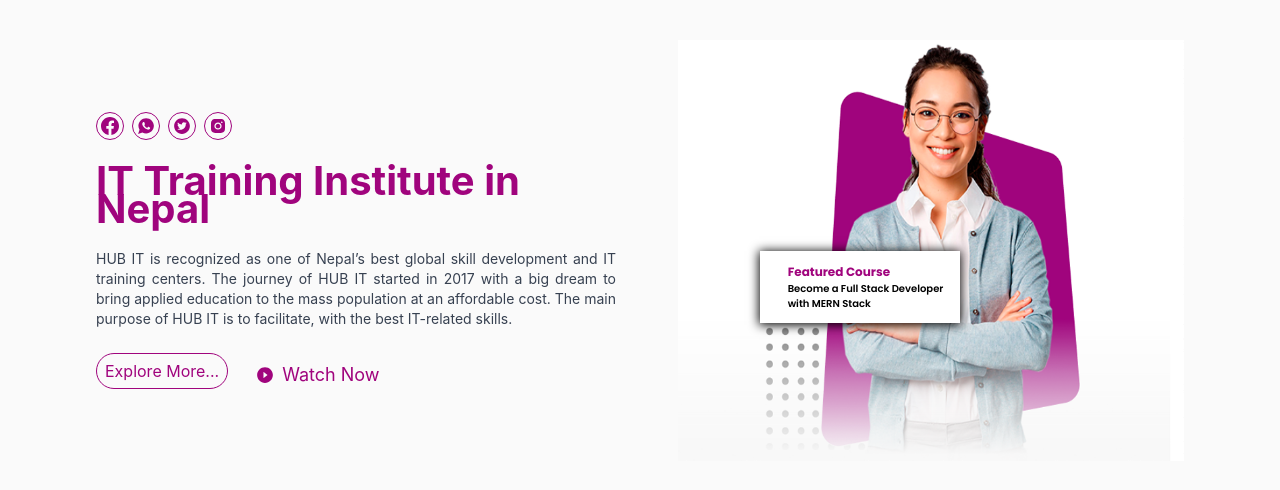
Repository: praveenmunagapati/hgllearnv2
Page: /HomePage/Home
An editor plug-in stored every save of this project. The page is shown before and after the next save, followed by the edit.
The browser window is 1280 px wide. The pictures show the whole page.
The project was rebuilt for these pictures with package versions that can differ from the ones it lists, and the page was loaded fresh each time. The framework's server and built-in components were replaced by stand-ins that run in the browser. Also part of the build but not shown: next.config.js.

Above is the page before, as saved 2023-01-03 13:54:02.

### pages/_app.js
import Analytics from "../components/SEO/Seo";
import "../styles/globals.css";
import "../styles/SCSS/master.scss";

function MyApp({ Component, pageProps }) {
  return <div>
    <Analytics />
    <Component {...pageProps} />
  </div>
}

export default MyApp;

### pages/HomePage/Home.jsx
import React from "react";
import { AiFillPlayCircle } from "react-icons/ai";
import Icons from "../../components/Navigation/Navitem/iconitem";
import teacher from "../../public/teacher.png";
import Image from "next/image";
import Link from "next/link";

function Home() {
  return (
    <>
      <div
        className="flex flex-col lg:flex-row xl:flex-row xxl:flex-row
          w-full justify-center items-center pb-20 pt-10
        md:px-8 lg:px-20 xl:px-24 xxl:px-32 px-4 bg-[#fafafa]"
      >
        <div className="h-max md:w-3/6 lg:w-3/6 xl:w-3/6 xxl:w-3/ 6 w-full ">
          <div className="flex mb-3">
            {Icons.map((icon, index) => {
              return (
                <div
                  key={index}
                  className="p-1 rounded-full bg-transparent flex justify-center items-center border border-[#A0047D] hover:border-none mr-2"
                >
                  <span className="text-[#A0047D] cursor-pointer hover:scale-90 duration-300 delay-200 transition-all text-base xl:text-lg xxl:text-xl">
                    <Link href={icon.path} passHref>
                      <a target={"_blank"}>{icon.icon}</a>
                    </Link>
                  </span>
                </div>
              );
            })}
          </div>
          <div className="font-bold xl:text-xl xxl:text-2xl text-[#A0047D] mb-1">
            <h1>IT Training Institute in Nepal</h1>
          </div>
          <div className="text-xs xl:text-sm xxl:text-base text-gray-700 pr-6 text-justify">
            <p>
              HUB IT is recognized as one of Nepal’s best global skill
              development and IT training centers. The journey of HUB IT started
              in 2017 with a big dream to bring applied education to the mass
              population at an affordable cost. The main purpose of HUB IT is to
              facilitate, with the best IT-related skills.
            </p>
          </div>
          <div className="flex mt-6">
            <button
              className={
                "border-[1.5px] border-[#A0047D] rounded-full mr-6 px-2 py-[5px] text-sm xl:text-base xxl:text-lg text-main hover:scale-105 transition-all ease-in-out duration-300 delay-100 hover:bg-main hover:text-white"
              }
            >
              Explore More...
            </button>
            <div className="text-4xl md:text-base xl:text-lg xxl:text-xl">
              <div className="flex mt-2 h-max items-center cursor-pointer rounded-full w-[14vw] px-1 text-[#a0047d] border-main">
                <AiFillPlayCircle className="text-[#a0047d]" />
                <p className="ml-2">Watch Now</p>
              </div>
            </div>
          </div>
        </div>
        <div className="h-full w-full mt-8  md:mt-4 lg:mt-0 xl:mt-0 mx-auto lg:w-3/6 xl:w-3/6 xxl:w-3/6">
          <div className="relative">
            <div className="ml-[3vw]">
              <Image
                src={teacher}
                alt={"Loading"}
                layout="responsive"
                width={120}
                height={100}
              />
            </div>
            <div className="bg-white shadow-[0px_1px_10px_1px_black] h-max py-3 absolute top-[50%] left-[22%]  w-[200px] ">
              <div className="h-full w-full  relative">
                <div className=" h-full w-full flex flex-col justify-center px-4 ml-3">
                  <div className="text-[12px] font-bold text-[#a0047d] Poppins">
                    Featured Course
                  </div>
                  <div className="text-[10px] font-semibold text-black Poppins">
                    Become a Full Stack Developer with MERN Stack
                  </div>
                </div>
              </div>
            </div>
          </div>
        </div>
      </div>
    </>
  );
}

export default Home;

### components/SEO/Seo.js
import Script from 'next/script'

function Analytics() {
  return (
    <div className="container">
      {/* <!-- Global site tag (gtag.js) - Google Analytics --> */}
      <Script
        src="https://www.googletagmanager.com/gtag/js?id=G-HL5GL0WCSP"
        strategy="afterInteractive"
      />
      <Script id="google-analytics" strategy="afterInteractive">
        {`
      window.dataLayer = window.dataLayer || [];
      function gtag(){dataLayer.push(arguments);}
      gtag('js', new Date());

      gtag('config', 'G-HL5GL0WCSP');
        `}
      </Script>

    </div>
  )
}

export default Analytics

### styles/globals.css
html,
body {
  padding: 0;
  margin: 0;
  font-family: -apple-system, BlinkMacSystemFont, Segoe UI, Roboto, Oxygen,
    Ubuntu, Cantarell, Fira Sans, Droid Sans, Helvetica Neue, sans-serif;
    scroll-behavior: smooth;
    box-sizing: border-box;
}

a {
  color: inherit;
  text-decoration: none;
}

* {
  box-sizing: border-box;
}

.info::-webkit-scrollbar{
  display: none;

}
.info{
  width: 20vw;

}
@tailwind base;
@tailwind components;
@tailwind utilities;

### styles/SCSS/master.scss
@import "./utils.scss";

### components/Navigation/Navitem/iconitem.js
import { BsFacebook } from 'react-icons/bs';
import { IoLogoWhatsapp } from 'react-icons/io';
import { AiFillTwitterCircle } from 'react-icons/ai';
import { AiFillInstagram } from 'react-icons/ai';

const Icons = [
    { icon: <BsFacebook />, path:"https://www.facebook.com/hubitts" },
    { icon: < IoLogoWhatsapp />, path:"https://wa.me/message/R23HVVD5DWPVI1" },
    { icon: <AiFillTwitterCircle />, path:"https://twitter.com/hubittraining" },
    { icon: <AiFillInstagram />,path:"https://www.instagram.com/hubittraining" }
];

export default Icons;

### styles/SCSS/utils.scss
$primaryColor: #09313e;

$primaryLight: rgba(2, 167, 217, 0.1);
$Gray: #686868;
$GrayD: #6a6363;
$SecondaryColor: #ef3c23;
$Dark: #0d0106;

$GrayOne: #f9f9f9;
$GrayTwo: #f2f2f2;
$grayFour: #e3e3e3;
$buttonone: #159996;
$TabGray: #e5e7eb;

$GrayOne: #f9f9f9;
$GrayTwo: #f2f2f2;
$grayFour: #e3e3e3;
$buttonone: #159996;

//  font family
@import url("https://fonts.googleapis.com/css2?family=Poppins:ital,wght@0,100;0,200;0,300;0,500;0,600;0,700;0,800;0,900;1,100;1,200;1,300;1,400;1,500;1,600;1,700;1,800;1,900&display=swap");
.Poppins {
  font-family: "Poppins", sans-serif;
}
// fonts closed

.bg-primary {
  background-color: $primaryColor;
}
.bg-primary-light {
  background-color: $primaryLight;
}

.bg-gray {
  background-color: $Gray;
}
.bg-grayOne {
  background-color: $GrayOne;
}
.bg-grayTwo {
  background-color: $GrayTwo;
}
.bg-grayFour {
  background-color: $grayFour;
}
.bg-grayD {
  background-color: $GrayD;
}
.border-primary {
  border-color: $primaryColor;
}
.text-primary {
  color: $primaryColor;
}
.bg-secondary {
  background-color: $SecondaryColor;
}
.text-secondary {
  color: $SecondaryColor;
}
.text-gray {
  color: $Gray;
}
.text-grayD {
  color: #686868;
}
.text-gray-dark {
  color: $GrayD;
}

@mixin btn($bg, $color) {
  background-color: $bg;
  color: $color;
  display: flex;
  justify-content: center;
  cursor: pointer;
  align-items: center;
  padding: 8px 16px;
  transition: all 0.2s;
}
.btn-primary {
  @include btn($primaryColor, white);
}
.btn-Add {
  @include btn($buttonone, white);
}
.btn-secondary {
  @include btn($GrayD, black);
}
@mixin btn-outline($color, $border) {
  border: 1px solid $border;
  color: $color;
  display: flex;
  justify-content: center;
  align-items: center;
  padding: 8px 16px;
  cursor: pointer;
  transition: all 0.2s;
}
.btn-outline-primary {
  @include btn-outline($primaryColor, $primaryColor);
  cursor: pointer;
}

.btn-outline-secondary {
  @include btn-outline($SecondaryColor, $SecondaryColor);
  cursor: pointer;
}
.btn-outline-Gray {
  @include btn-outline($Gray, $Gray);
  cursor: pointer;
}
.card {
  background-color: white;
  box-shadow: 1px 1px 4px 2px rgba(0, 0, 0, 0.06);
  padding: 1rem;
}

.card-one {
  background-color: white;
  // border-radius: 10px;
  box-shadow: 1px 1px 1px 1px rgba(0, 0, 0, 0.02);
  padding: 1.5rem 2.5rem;
}
.container {
  width: 100%;
  margin-left: auto;
  margin-right: auto;
}
.OverViewButton {
  font-family: "Open Sans", sans-serif;
  font-weight: 400;
  cursor: pointer;
  height: fit-content;
}

body::-webkit-scrollbar {
  display: none;
  width: 0.8rem;
}

body::-webkit-scrollbar-track {
  display: none;
  box-shadow: inset 0 0 6px rgba(0, 0, 0, 0.3);
}

body::-webkit-scrollbar-thumb {
  display: none;
  background-color: rgb(117, 136, 144);
  outline: 1px solid slategrey;
}
.scroll {
  overflow: scroll;
}
.scroll::-webkit-scrollbar {
  display: none;
  width: 0.08rem;
}
.scroll::-webkit-scrollbar-thumb {
  display: none;
  background-color: $GrayD;
  outline: 1px solid $GrayD;
}
#UserProfile::after {
  content: " ";
  height: 0;
  position: absolute;
  width: 0;
  top: -19px;
  right: 14px;
  border: 10px solid transparent;
  border-bottom-color: $GrayTwo;
}
input {
  outline: none;
}
// default css for html elemets
h1 {
  display: block;
  font-size: 2em;
  margin-top: 0.67em;
  margin-bottom: 0.67em;
  margin-left: 0;
  margin-right: 0;
  font-weight: bold;
}
h2 {
  display: block;
  font-size: 1.5em;
  margin-top: 0.83em;
  margin-bottom: 0.83em;
  margin-left: 0;
  margin-right: 0;
  font-weight: bold;
}
h3 {
  display: block;
  font-size: 1.17em;
  margin-top: 1em;
  margin-bottom: 1em;
  margin-left: 0;
  margin-right: 0;
  font-weight: bold;
}
h4 {
  display: block;
  margin-top: 1.33em;
  margin-bottom: 1.33em;
  margin-left: 0;
  margin-right: 0;
  font-weight: bold;
}
h5 {
  display: block;
  font-size: 0.83em;
  margin-top: 1.67em;
  margin-bottom: 1.67em;
  margin-left: 0;
  margin-right: 0;
  font-weight: bold;
}
h6 {
  display: block;
  font-size: 0.67em;
  margin-top: 2.33em;
  margin-bottom: 2.33em;
  margin-left: 0;
  margin-right: 0;
  font-weight: bold;
}

.collapsible .content {
  padding: 0.5rem;
}
.collapsible .content-parent {
  height: 0px;
  overflow: hidden;
  transition: height ease-in-out 0.4s;
}
.roundeds {
  display: none;
  color: transparent;
  padding: 0px 0px 0px 5px;
  transition: ease-in-out 0.8s;

  background: #03c9a9;
  position: relative;
  display: block;
  float: left;
}
.roundeds::before {
  content: " ";
  display: block;
  width: 0;
  height: 0;
  border-top: 50px solid transparent;
  border-bottom: 50px solid transparent;
  border-left: 30px solid #03c9a9;
  position: absolute;
  top: 50%;
  margin-top: -50px;
  margin-left: 1px;
  left: 100%;
  z-index: 1;
}
.roundeds::after {
  content: " ";
  display: block;
  width: 0;
  height: 0;
  border-top: 50px solid transparent;
  border-bottom: 50px solid transparent;
  border-left: 30px solid #03c9a9;
  position: absolute;
  top: 50%;
  margin-top: -50px;
  left: 100%;
  z-index: 2;
}
.text {
  color: #03c9a9;
}
.bg-color {
  background-color: rgb(251, 252, 252);
}

.categoryFilter {
  color: rgb(239, 239, 239);
  text-shadow: 1px 1px 5px rgb(25, 24, 24);
}
.hoverme:hover {
  background-color: #02a8da;
}
.textPrimary:hover {
  color: rgba(160, 4, 125, 1);
}

// .featureData{
//   background-image: url('../../public/Teamwork.jpeg');
//   // background-image:linear-gradient(0deg, rgba(2,10,20,0.8995973389355743) 20%, rgba(0,2,20,0.6979166666666667) 55%, rgba(1,2,1,0.3029586834733894) 80%, rgba(1,2,3,0.8995973389355743) 100%), url(../../public/Teamwork.jpeg);
//   background-repeat: no-repeat;

// }
// .featureData::before{
//   ba
// }

.hovertext:hover {
  color: #02a8da;
}

.smalltext {
  font-size: 1px;
  color: red;
}
.borderRadiusHome {
  width: 0;
  height: 345px;
  // border: 130px solid green;
  // border-left: 25px solid red;
  // border-width: 0 25px 25px 0px;
  // border-right: 200px solid red;

  border-bottom-left-radius: 0px;
  border-top-left-radius: 80px;
  border-top-right-radius: 800px;
  border-bottom-right-radius: 505px;
  border: 100px solid rgba(160, 4, 125, 1);
  transform: rotatex(180deg);
  // position: relative;
}
.borderRadiusHome::before {
  content: "";
  top: -83px;
  left: -104px;
  position: absolute;
  // border-radius: 10px;
  background-color: rgba(160, 4, 125, 1);
  // background-color: red;
  width: 300px;
  height: 250px;
  border-bottom-left-radius: 170px;
  border-top-left-radius: 50px;
  border-bottom-right-radius: 30px;

  border-top-right-radius: 50px;
  transform: rotate(8deg);
}
.borderRadiusHome::after {
  content: "";
  top: 173px;
  left: -110px;
  position: absolute;
  width: 282px;
  height: 60px;
  border-bottom-left-radius: 20px;
  border-bottom-right-radius: 15px;
  border-top-left-radius: 35px;
  border-top-right-radius: 30px;
  transform: rotate(-22deg);
  // background-color: red;

  background-color: rgba(160, 4, 125, 1);
}
.buttonWidth {
  width: 570px;
}

// fonts closed
// css for slider
.width {
  min-width: 100%;
}
// scroll to top ko button ko css included gareko
.back-to-top {
  position: fixed;
  bottom: 90px;
  right: 20px;
  font-size: 50px;
  background: rgba(160, 4, 125, 1);
  color: white;
  cursor: pointer;
  border-radius: 100px;
  border: none;
  box-shadow: 0 5px 10px rgb(156, 62, 136);
  z-index: 10;
}

.borderRight {
  background-color: gray;
  width: 1px;
  height: 15px;
}
.borderRadiusTop {
  border-top-left-radius: 5px;
  border-top-right-radius: 5px;
}
.borderRadiusTopHover:hover {
  border-top-left-radius: 5px;
  border-top-right-radius: 5px;
}

@keyframes nextPage {
  0% {
    opacity: 0.8;
    transform: translate(60px, 0);
  }

  100% {
    opacity: 1;
    transform: translate(0, 0);
  }
}

@keyframes prevPage {
  0% {
    opacity: 0.8;
    transform: translate(-60px, 0);
  }

  100% {
    opacity: 1;
    transform: translate(0, 0);
  }
}

.tipDown {
  background-color: rgba(160, 4, 125, 1);
  position: relative;
  z-index: 900;
}
.tipDown::after {
  content: "";
  position: absolute;
  width: 30px;
  background-color: rgba(160, 4, 125, 1);
  z-index: -10;
  height: 30px;
  top: 20px;
  left: 18px;
  rotate: 50deg;
  // border-bottom-left-radius: 20px;
  // border-bottom-right-radius: 20px;
}
.animatePulse {
  animation: pulse 2s cubic-bezier(0.4, 0, 0.6, 1) infinite;

  @keyframes pulse {
    0%,
    100% {
      opacity: 1;
    }
    50% {
      opacity: 0.75;
      background-color: rgb(33, 28, 28);
      // color: rgba(160, 4, 125, 1);
    }
  }
}

### tailwind.config.js
module.exports = {
  content: [
    "./pages/**/*.{js,ts,jsx,tsx}",
    "./components/**/*.{js,ts,jsx,tsx}",
    "./HOC/**/*.{js,ts,jsx,tsx}",
  ],
  theme: {
    screens: {
      xs: { max: "575.98px" },
      sm: { min: "576px", max: "767.98px" },
      md: { min: "768px", max: "991.98px" },
      lg: { min: "992px", max: "1199.98px" },
      xl: { min: "1200px", max: "1399.98px" },
      xxl: { min: "1400px" },
    },
    extend: {
      colors: {
        main: "rgba(160, 4, 125, 1)",
        hoverMain: "#c2259f",
      },
      height: {
        84: "21rem",
        94: "22rem",
        98: "27rem",
        100: "28rem",
        103: "32rem",
        104: "32.5rem",
        108: "34rem",
      },
      width: {
        84: "21rem",
        94: "22rem",
        98: "27rem",
        100: "28rem",
        104: "31rem",
        108: "36rem",
        110: "38rem",
      },
      top: {
        104: "28rem",
      },
    },
  },
  plugins: [require("@tailwindcss/line-clamp")],
};

After the next save:
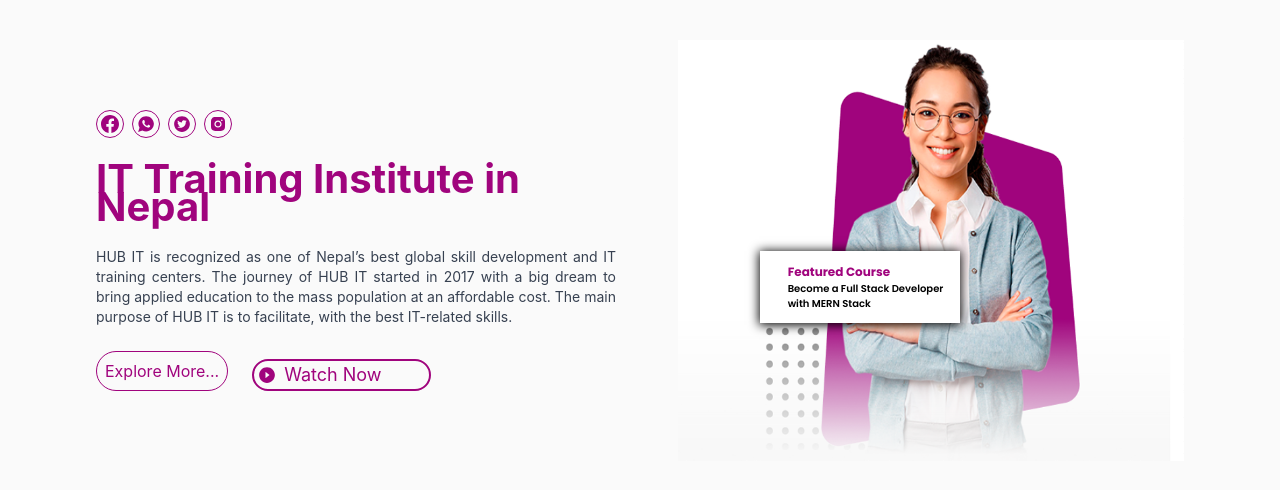
Saved 27 s later.
--- a/pages/HomePage/Home.jsx
+++ b/pages/HomePage/Home.jsx
@@ -51,7 +51,7 @@
               Explore More...
             </button>
             <div className="text-4xl md:text-base xl:text-lg xxl:text-xl">
-              <div className="flex mt-2 h-max items-center cursor-pointer rounded-full w-[14vw] px-1 text-[#a0047d] border-main">
+              <div className="flex mt-2 h-max items-center cursor-pointer rounded-full w-[14vw] px-1 text-[#a0047d] border-2 border-main">
                 <AiFillPlayCircle className="text-[#a0047d]" />
                 <p className="ml-2">Watch Now</p>
               </div>
